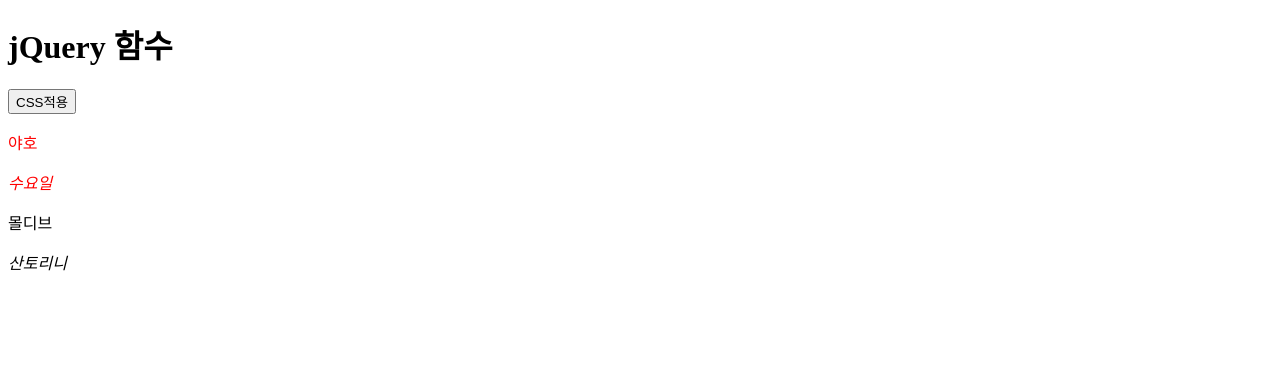
Repository: CHOKIHO/html
Page: work/0111/WebContent/ex10_jquery_fade.html
An editor plug-in stored every save of this project. The page is shown before and after the next save, followed by the edit.
The browser window is 1280 px wide. The pictures show the whole page.
Some web libraries are served in a nearby version.

Above is the page before, as saved 2017-01-11 05:36:53.

### work/0111/WebContent/ex10_jquery_fade.html
<!DOCTYPE html>
<html>
<head>
<meta charset="UTF-8">
<title>Insert title here</title>
<script src="https://code.jquery.com/jquery-3.1.1.js"></script>

<style type="text/css">
	#box {
		width: 500px;
		height: 300px;
		border: 1px solid black;
		border-collapse: collapse;
	}

	.test {
		font-size: 20px;
		font-weight: bold;
		color: blue;
	}
</style>

<script type="text/javascript">

	jQuery(function() {

		$("div").eq(0).children().css("color","red");

		var ch = true;

		$("#btn1").bind("click", function() {

			if (ch) {

				$("div").eq(1).children().addClass("test");
				$(this).val("CSS해제");		//버튼 value 바꾸기

			} else {

				$("div").eq(1).children().removeClass("test");
				$(this).val("CSS적용");
			}

			ch = !ch;
		});
	});

</script>

</head>
<body>
	<h1>jQuery 함수</h1>

	<input type="button" value="CSS적용" id="btn1"/>

	<div>
		<p>야호</p>
		<em>수요일</em>
	</div>
	<div>
		<p>몰디브</p>
		<em>산토리니</em>
	</div>
</body>
</html>

After the next save:
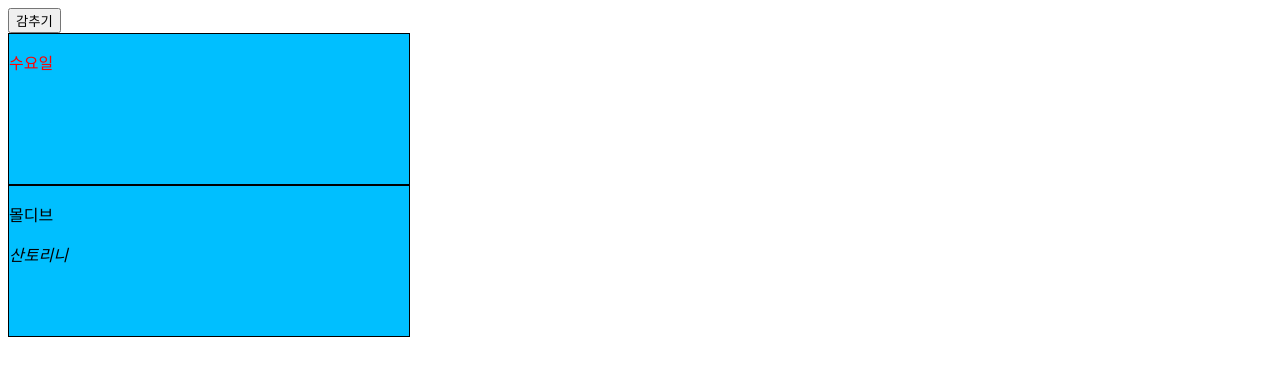
Saved 2 min 14 s later.
--- a/work/0111/WebContent/ex10_jquery_fade.html
+++ b/work/0111/WebContent/ex10_jquery_fade.html
@@ -6,11 +6,12 @@
 <script src="https://code.jquery.com/jquery-3.1.1.js"></script>
 
 <style type="text/css">
-	#box {
-		width: 500px;
-		height: 300px;
+	div {
+		width: 400px;
+		height: 150px;
 		border: 1px solid black;
 		border-collapse: collapse;
+		background-color: #00bfff;
 	}
 
 	.test {
@@ -49,14 +50,13 @@
 
 </head>
 <body>
-	<h1>jQuery 함수</h1>
 
-	<input type="button" value="CSS적용" id="btn1"/>
+	<input type="button" value="감추기" id="btn"/>
 
 	<div>
-		<p>야호</p>
-		<em>수요일</em>
+		<p>수요일</p>
 	</div>
+
 	<div>
 		<p>몰디브</p>
 		<em>산토리니</em>
